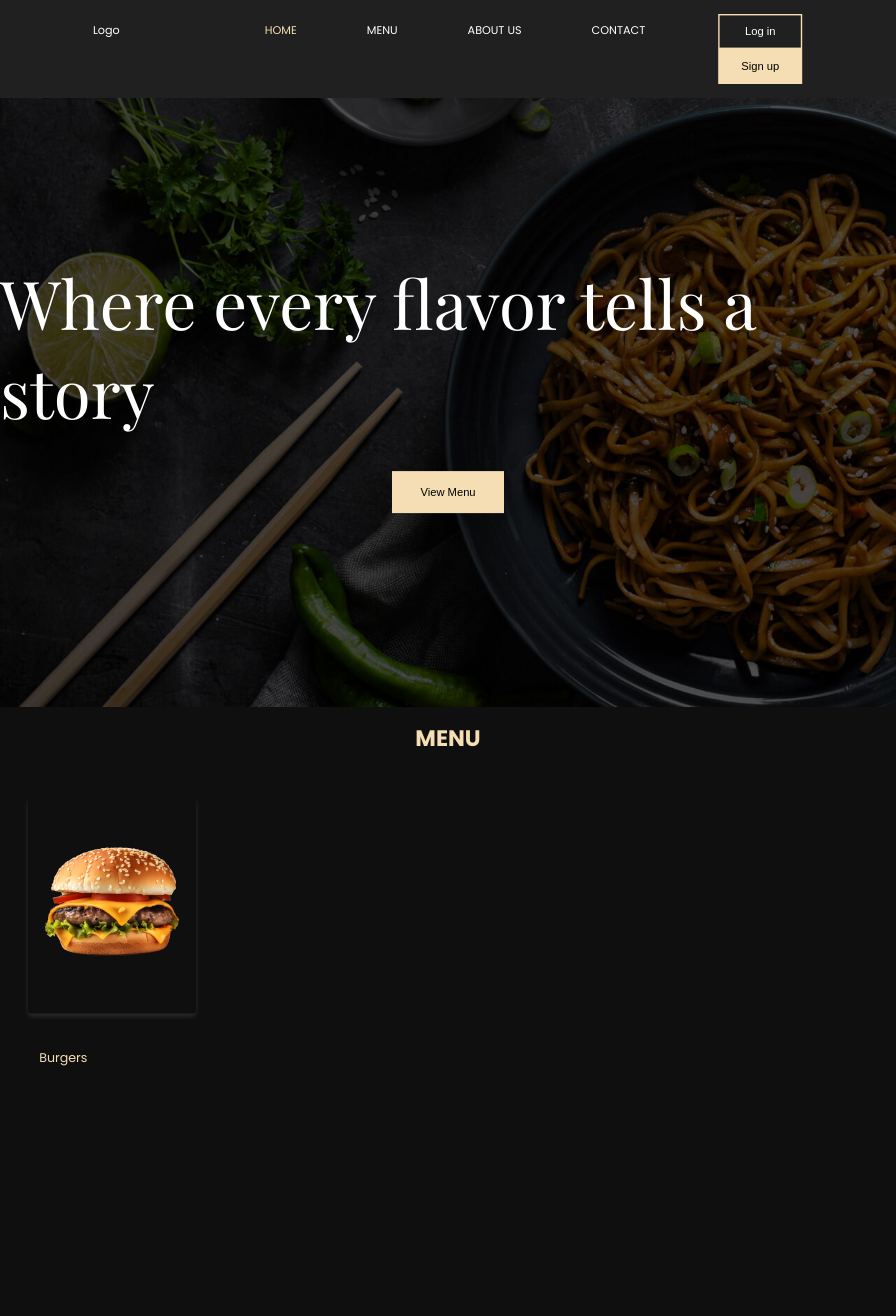
Repository: ThisIsSahaj/NSP
Page: index.html
An editor plug-in stored every save of this project. The page is shown before and after the next save, followed by the edit.
The browser window is 1280 px wide. The pictures show the whole page, at 70% of full size.

Above is the page before, as saved 2023-12-26 22:36:15.

### index.html
<!DOCTYPE html>
<html lang="en">
<head>
    <meta charset="UTF-8">
    <meta http-equiv="X-UA-Compatible" content="IE=edge">
    <meta name="viewport" content="width=device-width, initial-scale=1.0">
    <title>Hungy</title>
    <link rel="stylesheet" href="style.css">
</head>
<body>
    <header>

        <nav class="nav">
            <div class="logo">
                Logo
            </div>
            <div class="menu">
                <ul>
                   <a href="" class="active"> <li>Home</li> </a>
                   <a href=""> <li>Menu</li> </a>
                   <a href="about.html"> <li>About Us</li> </a>
                   <a href=""> <li>Contact</li> </a>
            </ul>
        </div>
        <div class="button">
            <button class="login">Log in</button>
            <button class="signup">Sign up</button>
        </div>
    </nav>
</header>

<div class="sec1">
    Where every flavor tells a story
    <button class="viewMenu">View Menu</button>
</div>



<div class="sec2">
    <h1 style="color: wheat; margin: 20px;">MENU</h1>

    <div class="cardContainer">
        <div class="card">
            <img src="/assets/images/burger.png" alt="Avatar" style="width:100%;">
            <div class="container">
              <p>Burgers</p>
            </div>
          </div>
    </div>

</div>
</body>
</html>

### style.css
@import url('https://fonts.googleapis.com/css2?family=Poppins:wght@300;400;500;600;700&family=Roboto:wght@100;300;400;500;700;900&display=swap');

@import url('https://fonts.googleapis.com/css2?family=Playfair+Display:wght@400;500;600;700;800;900&family=Poppins:wght@300;400;500;600;700&family=Roboto:wght@100;300;400;500;700;900&display=swap');


*{
    margin: 0px;
    padding: 0px;
    box-sizing: border-box;

}

body{
    background-color: #0F0F0F;
    font-family: 'Poppins', sans-serif;
    /* color: rgb(224, 212, 212); */
    color: white;
}

header{
    margin-top: 0px;
    background-color: #202020;
    padding: 20px;
}
nav{
    display: flex;
    flex-direction: row;
    justify-content: space-around;
}

ul {
    display: flex;
    flex-direction: row;
    list-style: none;
    /* border: 2px solid green; */
}
a {
    color: #fff;
    text-transform: uppercase;
    text-decoration: none;
    /* letter-spacing: 0.15em;      */
    /* display: inline-block; */
    /* padding: 15px 20px; */
    position: relative;
    /* border: 2px solid red; */
}
a:after {
    background: none repeat scroll 0 0 transparent;
    bottom: 0;
    content: "";
    display: block;
    height: 2px;
    left: 50%;
    position: absolute;
    background: #fff;
    transition: width 0.3s ease 0s, left 0.3s ease 0s;
    width: 0;
    margin-bottom: 10px;
}

a:hover:after {
    width: 100%;
    left: 0;
    background-color:wheat;
}
.active{
    color: wheat;
}


.logo{
    width: 20%;
    margin: 10px;
    display: flex;
    justify-content: center;
    /* border: 2px solid hotpink; */

}
.menu ul li{
    margin: 10px 50px;

}

.menu{
    width: 60%;
    display: flex;
    justify-content: center;
    /* border: 2px solid blue; */

}
.button{
    width: 20%;
    /* border: 2px solid hotpink; */
}
button {
    height: 50px;
    width: 120px;
    margin: 0px 10px;
    /* border-radius: 50px; */
    background-color: wheat;
    font-size: 16px;
    cursor: pointer;
    border: none;
}

button:hover{
    background-color: transparent;
    color: white;
    border: 2px solid wheat;
}

.login{
border: 2px solid wheat;
background-color: transparent;
color: white;

}

.login:hover {
    background-color: wheat;
    color: black;
}

.viewMenu{
    margin: 50px;
    border: none;
    width: 160px;
    height: 60px;
}

.sec1{
    /* border: 2px solid red; */
    height: 870px;
    width: 100%;
    background-image: url("assets/images/hero-slider-1.jpg");

    display: flex;
    flex-direction: column;
    justify-content: center;
    align-items: center;
    font-size: 96px;
    font-family: "Playfair Display";
}


.sec2{
width: 100%;
height: 870px;
display: flex;
flex-direction: column;
/* justify-content: center; */
align-items: center;
}

.sec2 p{
    color: wheat;
    font-size: 18px;
    margin: 50px 0px;
}

.about{
    width: 100%;
    height: 50vw;
    display: flex;
    flex-direction: column;
    /* justify-content: center; */
    align-items: center;
    }

.about h1{
    font-family: "Playfair Display";
    margin: 50px;
    color: wheat;
    }

 .aboutBox{
    width: 100%;
    height: 20vw;

    display: flex;
    flex-direction: row;
    justify-content: center;
    padding: 50px;
 }

 .aboutBox div{
    width: 50%;
    padding: 40px;
    height: 60%;
 }


.cardContainer{
    width: 100%;
    height: 700px;
    display: flex;
    flex-direction: row;
    padding: 40px;
}


 .card {
    box-shadow: 0 4px 8px 0 rgba(155, 155, 155, 0.2);
    transition: 0.3s;
    width: 20%;
    height: 50%;
    border-radius: 5px;
  }

  .card:hover {
    box-shadow: 0 8px 16px 0 rgba(155, 155, 155, 0.2);
  }

  img {
    border-radius: 5px 5px 0 0;
  }

  .container {
    padding: 2px 16px;
  }

After the next save:
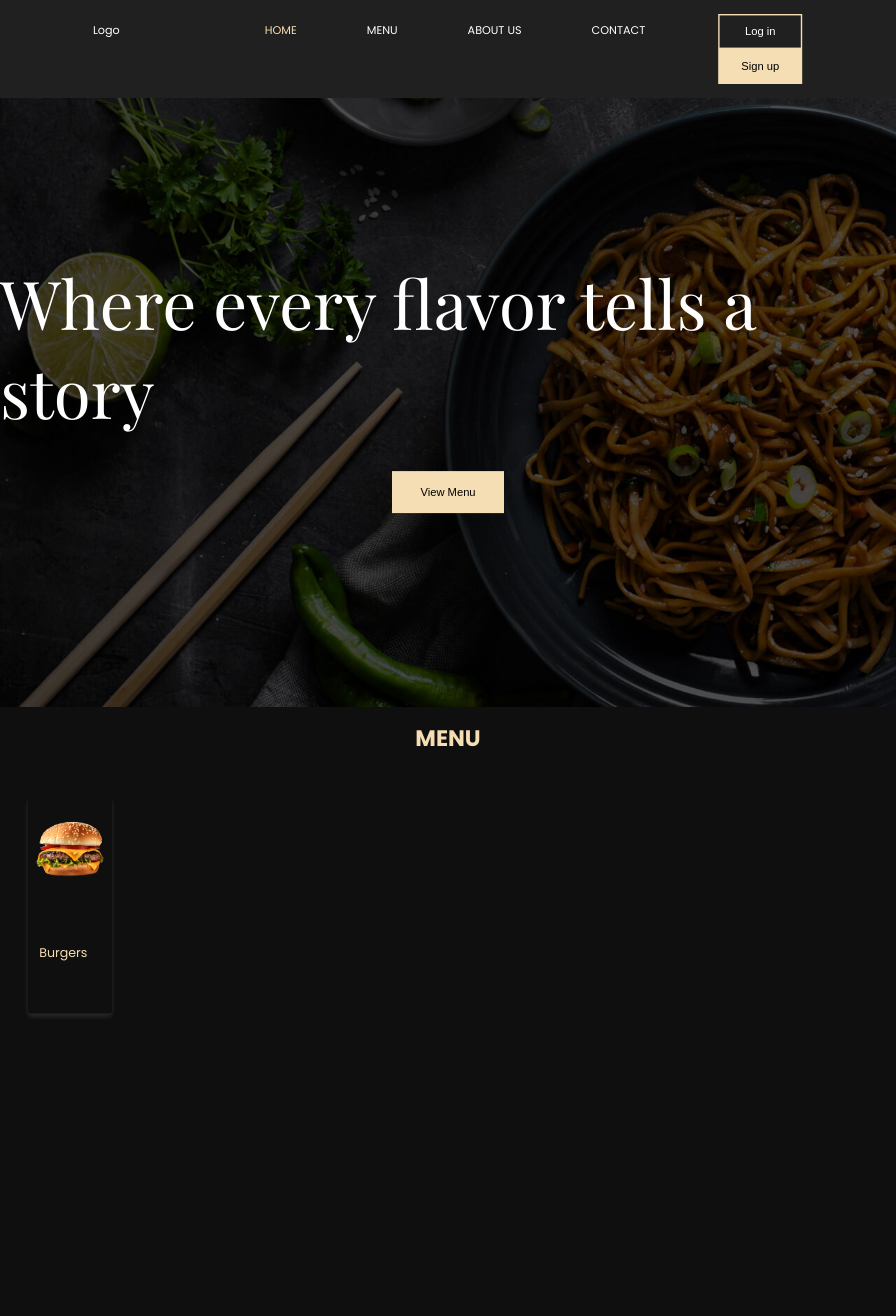
Saved 14 s later.
--- a/style.css
+++ b/style.css
@@ -202,7 +202,7 @@
  .card {
     box-shadow: 0 4px 8px 0 rgba(155, 155, 155, 0.2);
     transition: 0.3s;
-    width: 20%;
+    width: 10%;
     height: 50%;
     border-radius: 5px;
   }

After the 2 saves that followed:
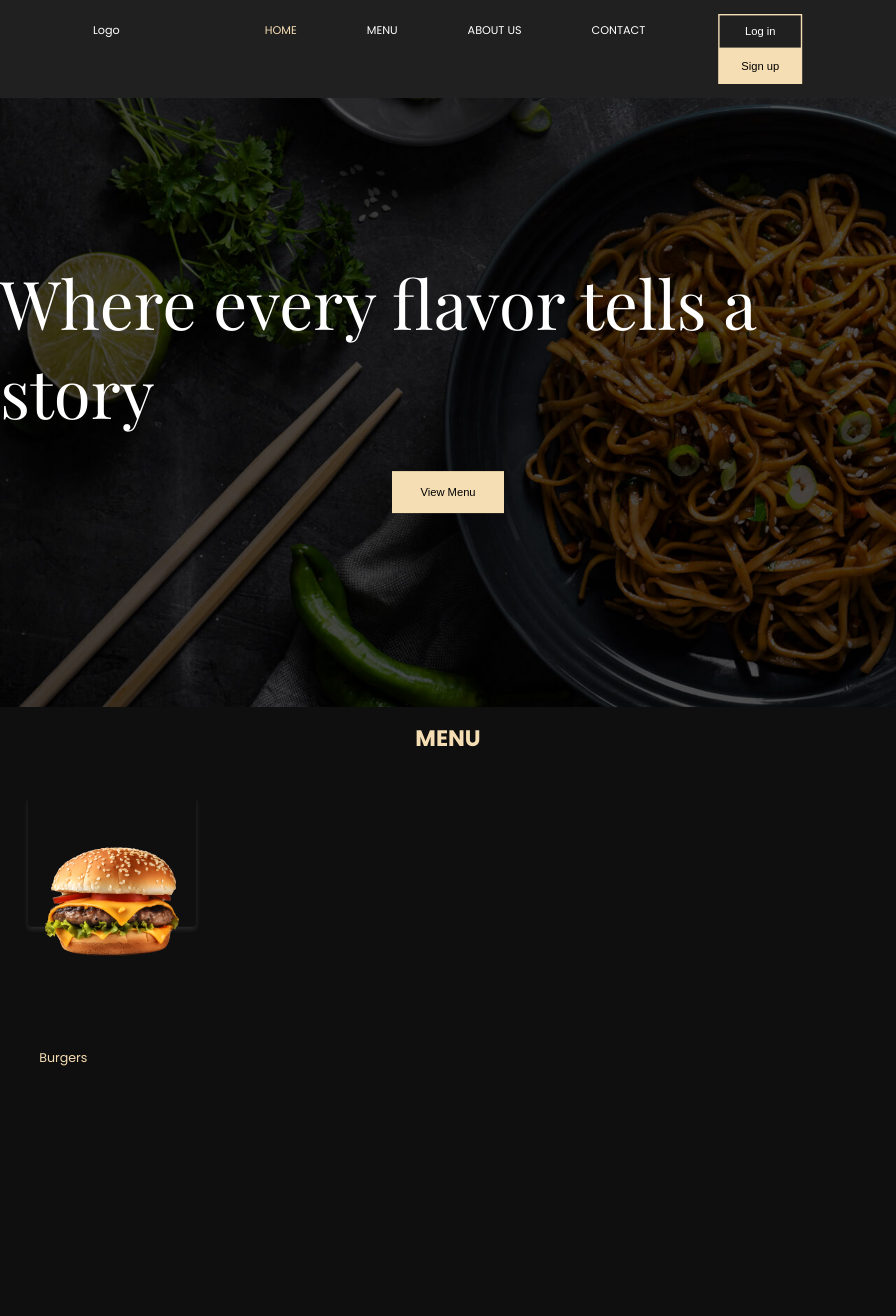
The 2 saves are shown as one change because they came seconds apart.
The last was saved 8 s later.
--- a/style.css
+++ b/style.css
@@ -202,8 +202,8 @@
  .card {
     box-shadow: 0 4px 8px 0 rgba(155, 155, 155, 0.2);
     transition: 0.3s;
-    width: 10%;
-    height: 50%;
+    width: 20%;
+    height: 30%;
     border-radius: 5px;
   }
 
